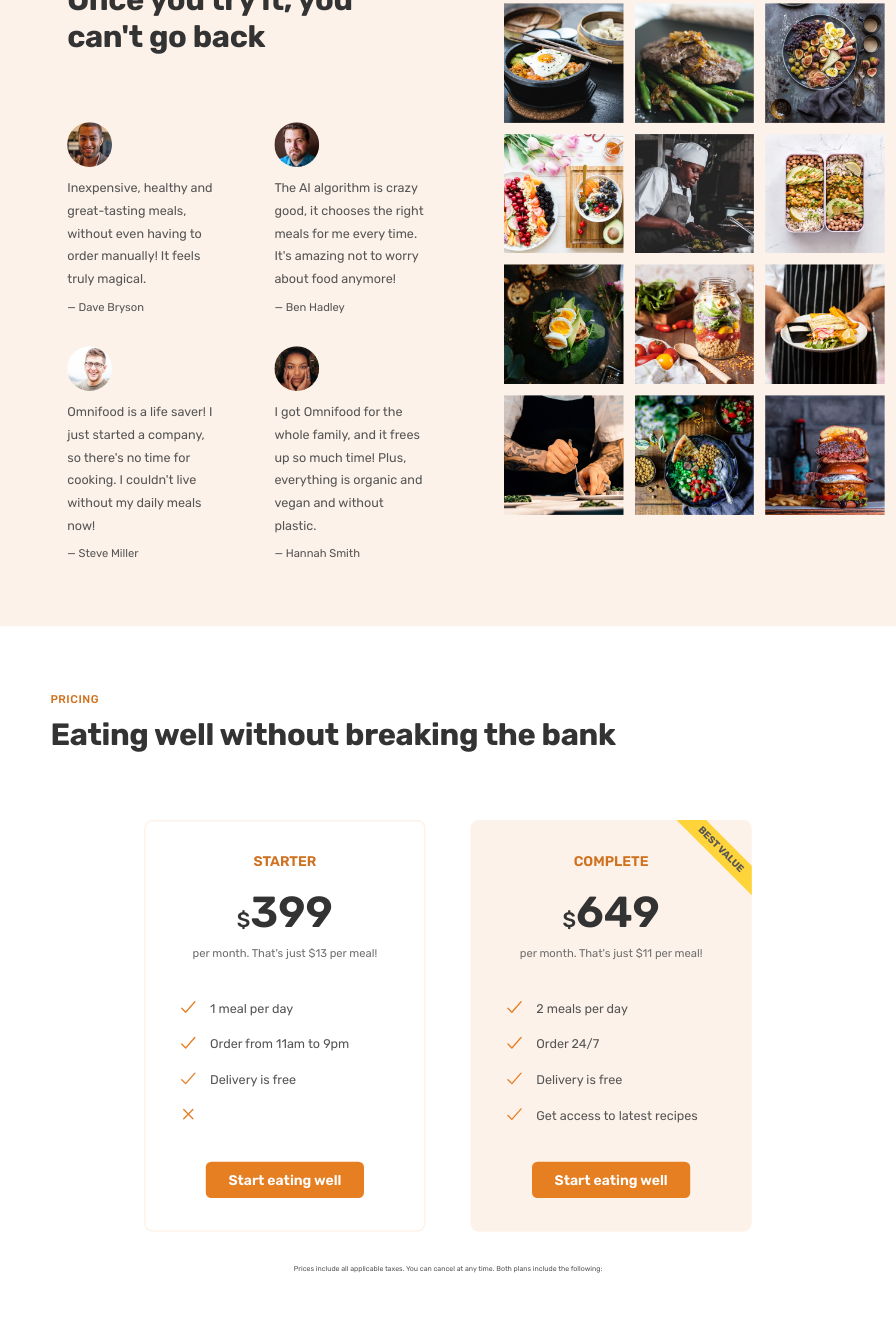
Repository: TranPhucThinh/Omnifood
Page: index.html
The author's editor kept a copy of each file at every save. The page is drawn from the files as they stood at one save, then again after the next save.
The browser window is 1280 px wide. The pictures show the part of the page from y = 3751 to 5671 px (the page is 5665 px tall before and 5671 px after), at 70% of full size.

Above is the page before, as saved 2022-08-06 23:20:01.

After the next save:
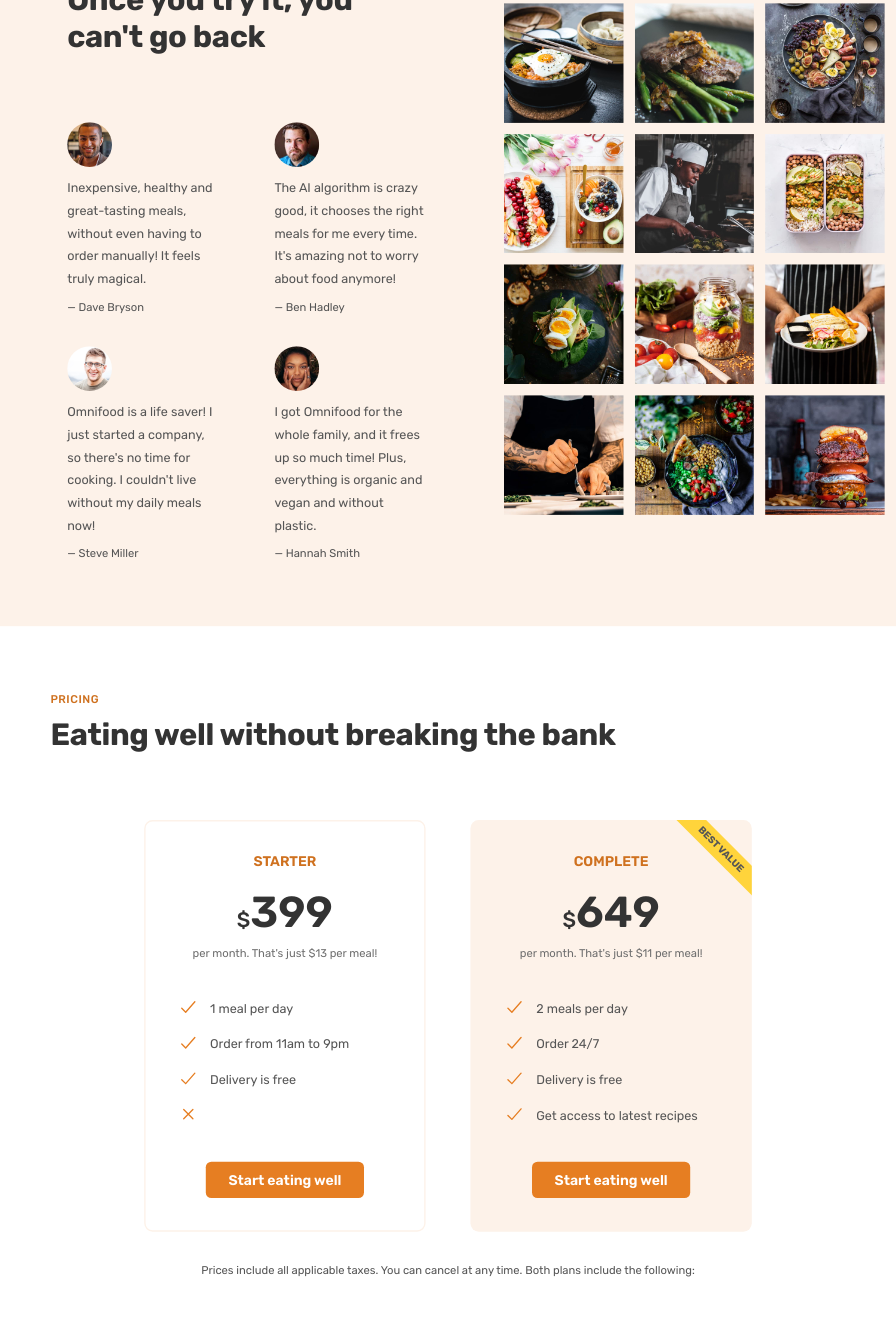
Saved 22 s later.
--- a/assets/styles/style.css
+++ b/assets/styles/style.css
@@ -444,4 +444,8 @@
   margin-top: 4.8rem;
   text-align: center;
 }
+
+.plan-detail {
+  font-size: 1.6rem;
+}
 /* End of Section Pricing */
